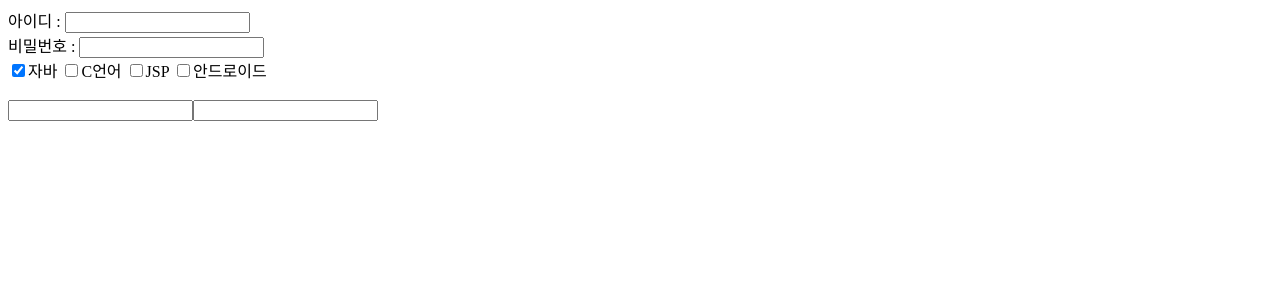
Repository: yesaroun/Web-Shop
Page: pro06/WebContent/input.html
The author's editor kept a copy of each file at every save. The page is drawn from the files as they stood at one save, then again after the next save.
The browser window is 1280 px wide. The pictures show the whole page.

Above is the page before, as saved 2022-04-30 14:45:25.

After the next save:
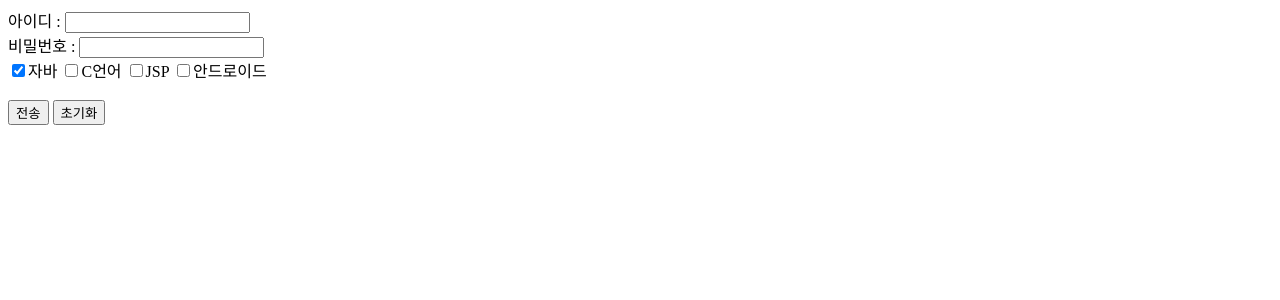
Saved 22 s later.
--- a/pro06/WebContent/input.html
+++ b/pro06/WebContent/input.html
@@ -13,7 +13,8 @@
 		<input type="checkbox" name="subject" value="JSP"/>JSP
 		<input type="checkbox" name="subject" value="안드로이드"/>안드로이드
 		<br /><br />
-		<input type="text" /><input type="text" />
+		<input type="submit" value="전송" />
+		<input type="reset" value="초기화" />
 	</form>
 </body>
 </html>
